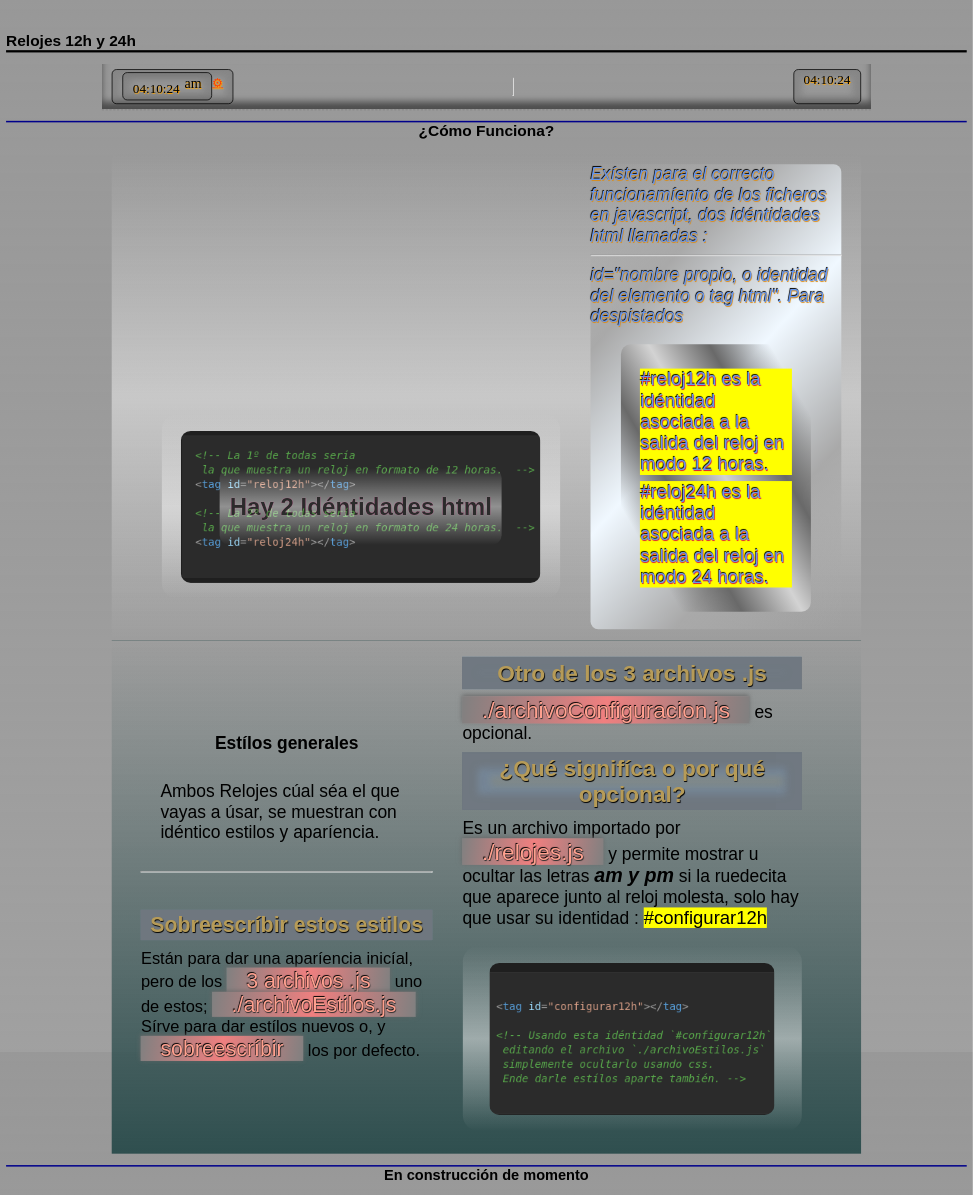
Repository: marcostonfor/clocks
Page: index.html
These files come from the project's save history. The page is drawn as it stood at one moment and after a run of saves; the edit follows.
The browser window is 1280 px wide. The pictures show the whole page, at 76% of full size.
Some web fonts or font styles are not loaded; a fallback is used.

Above is the page before, as saved 2024-09-19 04:14:44.

After the next 2 saves:
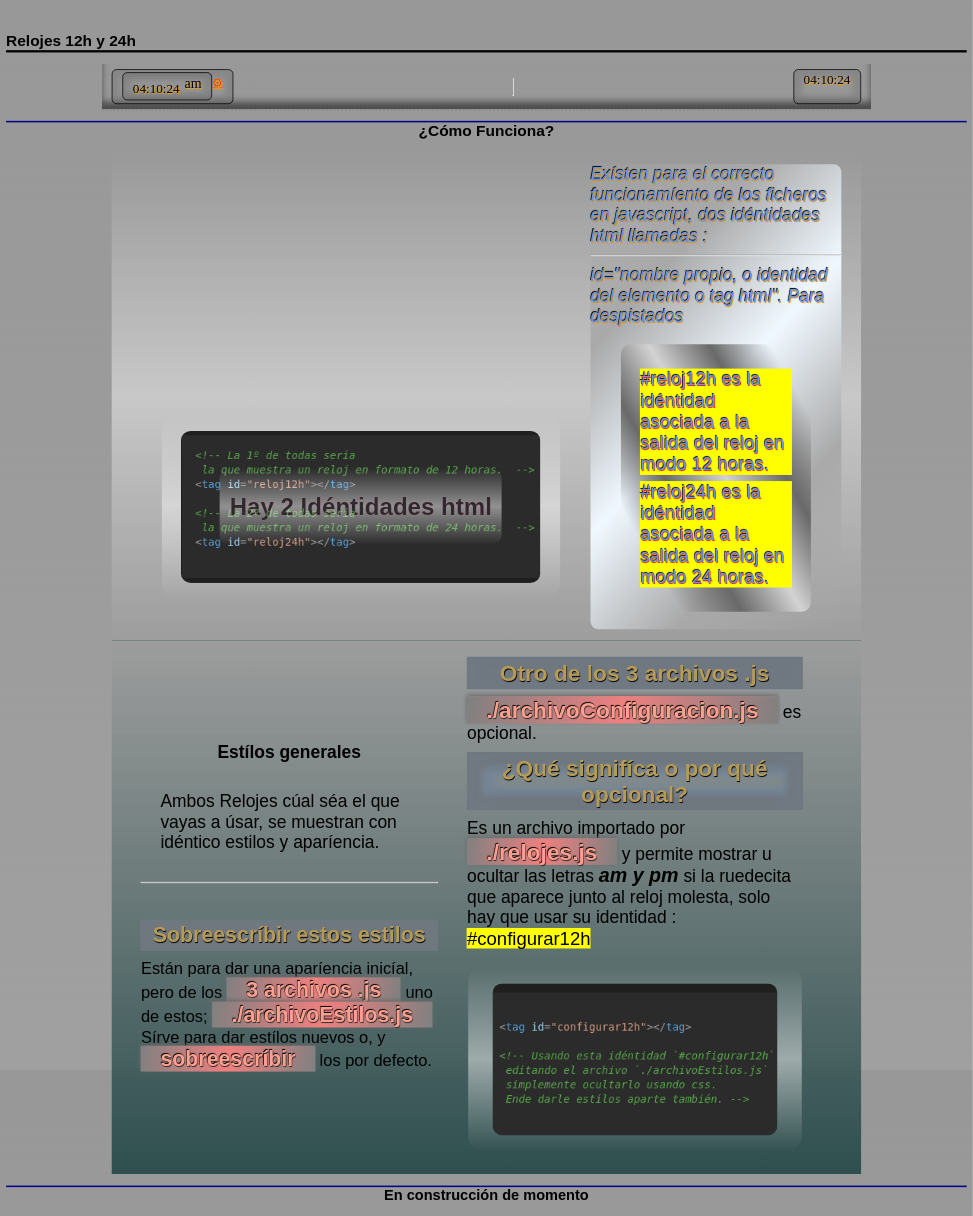
The 2 saves are shown as one change because they came seconds apart.
The last was saved 16 s later.
--- a/index.html
+++ b/index.html
@@ -159,7 +159,7 @@
         }
 
         .code_md {
-            font-weight: 100;
+            font-weight: bold;
             font-size: var(--font-size-standard);
             background-image: repeating-linear-gradient(98deg, gray, hsl(0, 79%, 72%), gray);
             padding: 0.2vh 2vw;
